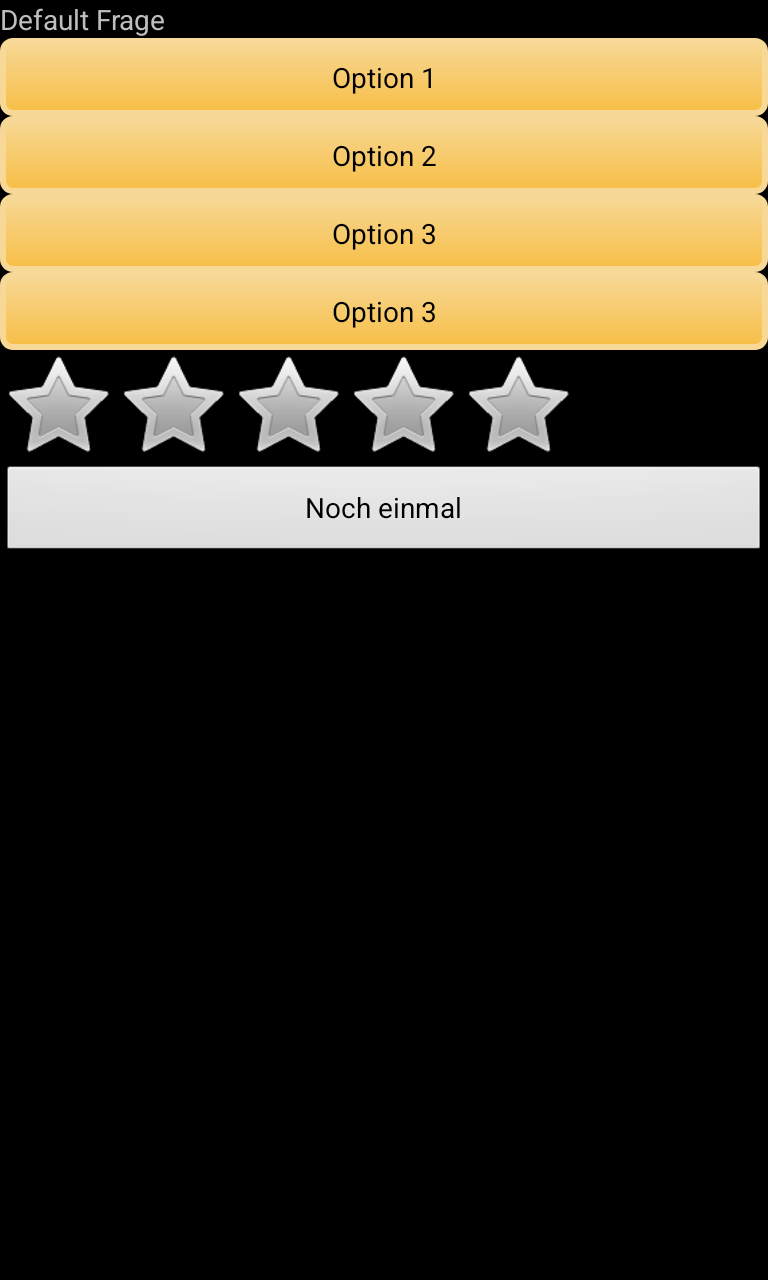
Repository: rueckemann/WWM
Layout: WWM/res/layout/main.xml
The author's editor kept a copy of each file at every save. The layout is drawn from the files as they stood at one save, then again after the next save.
It is drawn on a 768 x 1280 px phone screen (xhdpi) without system bars, with theme android:Theme.Black; the app's code is not run.

Above is the layout before, as saved 2012-02-20 20:53:30.

After the next save:
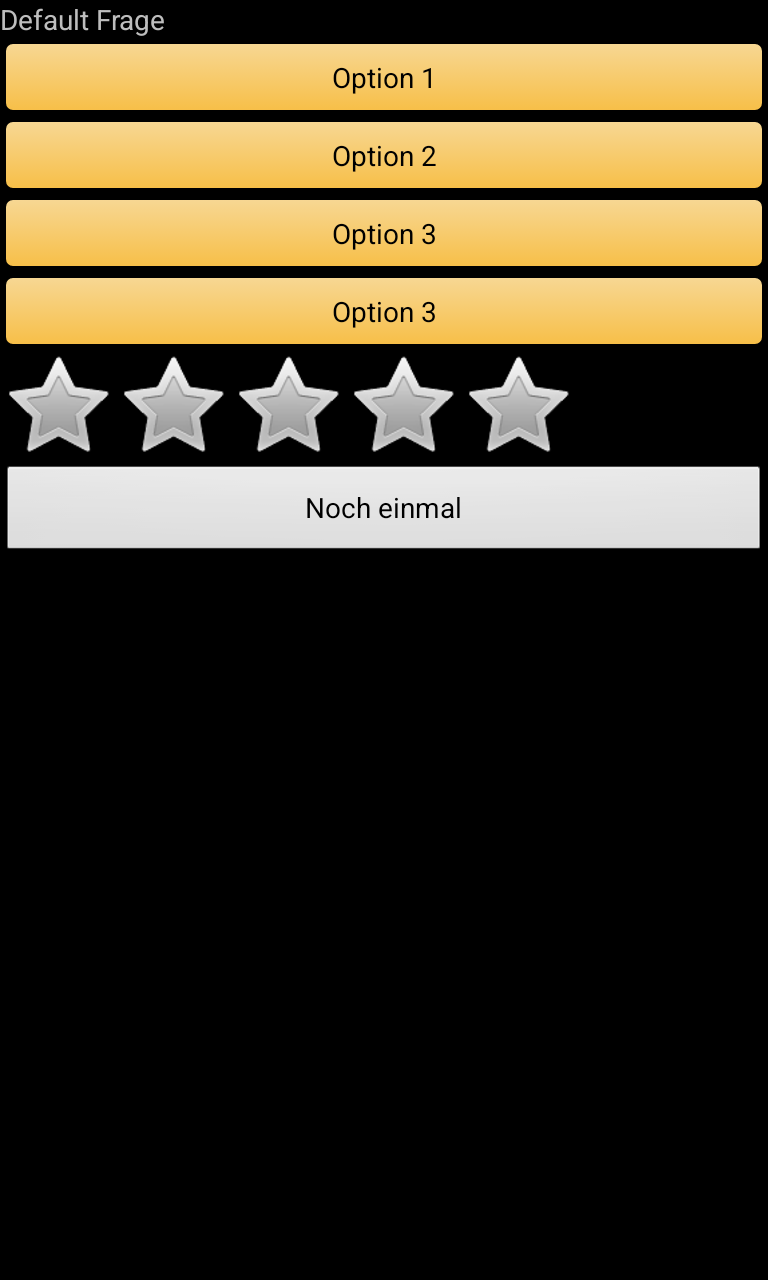
Saved 45 s later.
--- a/WWM/res/drawable-hdpi/button_selector.xml
+++ b/WWM/res/drawable-hdpi/button_selector.xml
@@ -49,7 +49,7 @@
                 android:angle="270" />
             <stroke
                 android:width="3dp"
-                android:color="@color/orange5" />
+                android:color="@color/black" />
             <corners
                 android:radius="5dp" />
             <padding
